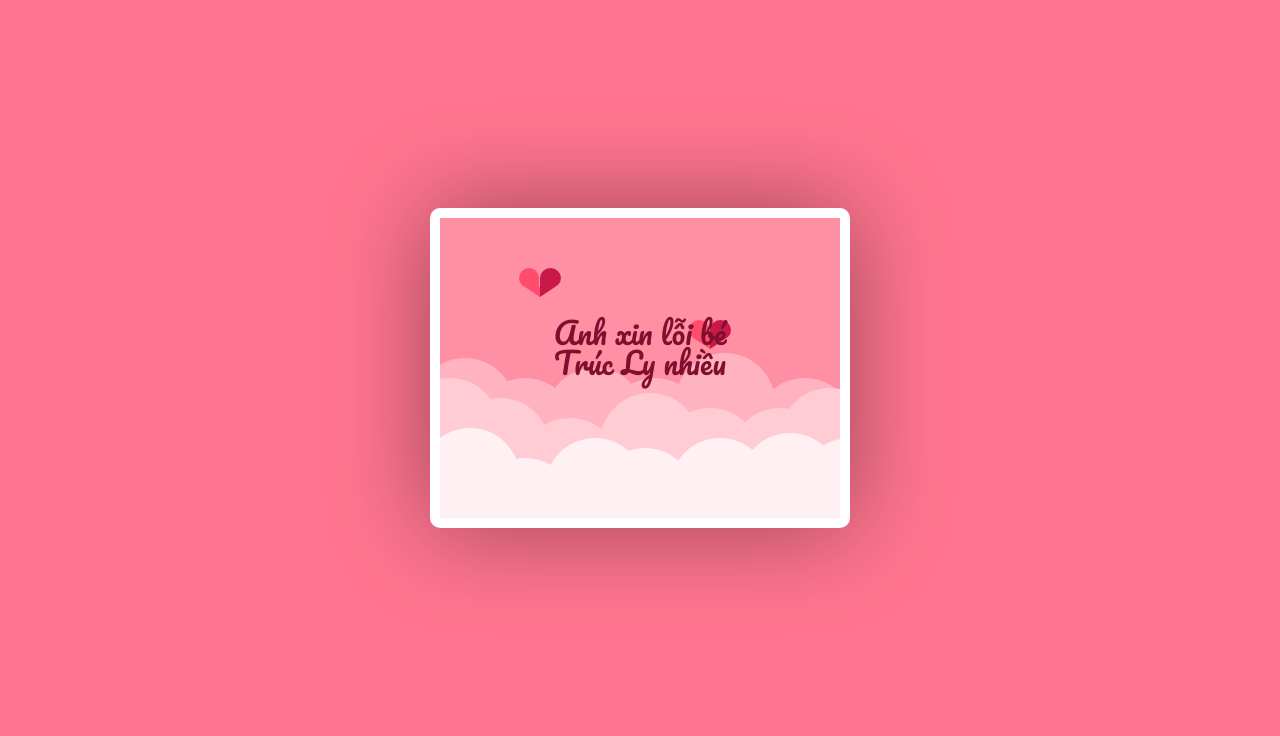
Repository: namtrung123456789/trannamtrung
Page: style.html
These files come from the project's save history. The page is drawn as it stood at one moment and after the next save; the edit follows.
The browser window is 1280 px wide. The pictures show the whole page.

Above is the page before, as saved 2024-07-28 20:20:09.

### style.html
<!DOCTYPE html>
<html lang="en">
<head>
    <meta charset="UTF-8">
    <meta name="viewport" content="width=device-width, initial-scale=1.0">
    <link rel="stylesheet" href="main.css">
    <title>Anh xin lỗi bé</title>
</head>
<body>
    <div class="happy-valentines">
        <div class="valentines-day-card">
          <div class="clouds"></div>
          <div class="hearts">
            <div class="heartOne">
              <div class="left-side"></div>
              <div class="right-side"></div>
            </div>
            <div class="heartTwo">
              <div class="left-side"></div>
              <div class="right-side"></div>
            </div>
                <div class="heartThree">
              <div class="left-side"></div>
              <div class="right-side"></div>
            </div>
             <div class="heartFour">
              <div class="left-side"></div>
              <div class="right-side"></div>
            </div>
             <div class="heartFive">
             <div class="left-side"></div>
              <div class="right-side"></div>
            </div>
          </div>
          <div class="text"><span>Anh xin lỗi bé</br> Trúc Ly nhiều</div>
        </div>

        </div>
</body>
</html>

### main.css
@import url('https://fonts.googleapis.com/css2?family=Pacifico&display=swap');

body {
  height: 100vh;
  display: flex;
  align-items: center;
  justify-content: center;
  background-color: #ff758f;
}

.valentines-day-card {
  position: relative;
  width: 400px;
  height: 300px;
  background-color: #ff8fa3;
  overflow: hidden;
  border:10px solid white;
  border-radius:10px;
  box-shadow: 0 0 100px rgba(0,0,0,.4);
}

.valentines-day-card:before {
  content:"";
  position: absolute;
  background-color: #ffb3c1;
  width:100px;
  height:100px;
  border-radius:50%;
  top:140px;
  left:-25px;
  box-shadow:60px 20px #ffb3c1,130px 10px #ffb3c1, 190px 20px #ffb3c1,260px -5px #ffb3c1, 340px 20px #ffb3c1;
}

.valentines-day-card:after {
  content:"";
  position: absolute;
  background-color: #ffccd5;
  width:100px;
  height:100px;
  border-radius:50%;
  top:160px;
  left:-40px;
  box-shadow: 50px 20px #ffccd5,120px 40px #ffccd5, 200px 15px #ffccd5,260px 30px #ffccd5, 330px 30px #ffccd5,380px 10px #ffccd5;
}

.clouds {
  position: absolute;
  width:100px;
  height:100px;
  border-radius:50%;
  background-color: #fff0f3;
  z-index:5;
  top:210px;
  left:-20px;
  box-shadow: 55px 30px #fff0f3, 125px 10px #fff0f3,175px 20px #fff0f3, 250px 10px #fff0f3, 320px 5px #fff0f3, 380px 10px #fff0f3;
}

.hearts {
  position: absolute;
  z-index:2;
}

.heartOne {
  position: absolute;
  left:100px;
  top:250px;
  animation: up 4s linear forwards 1s;
}

.heartTwo {
  position: absolute;
  left:270px;
  top:230px;
  animation: up 5s linear forwards 1.8s;
}

.heartThree {
  position: absolute;
  left:85px;
  top:415px;
  animation: up 5s linear forwards 3s;
}

.heartFour {
  position: absolute;
  left:320px;
  top:380px;
  animation: upTwo 9s linear infinite 3.5s;
}

.heartFive {
  position: absolute;
  left:150px;
  top:400px;
  animation: upTwo 13s linear infinite 4.5s;
}

.right-side:before, .right-side:after {
  position: absolute;
  content:"";
  transform-origin: left;
  animation: move 1s ease infinite;
}

.right-side:before {
  border-radius:50% 50% 50% 0;
  width:21px;
  height:20px;
  background-color: #c9184a;
  left:-0.26px;
}

.right-side:after {
  height:0;
  width:0;
  border-bottom:10px solid transparent;
  border-left: 15px solid #c9184a;
  top:19px;
  left:-0.26px;
}

@keyframes move {
  0%, 100% {transform: rotateY(0);}
  50% {transform: rotateY(-45deg);}
}

.left-side:before, .left-side:after {
  position: absolute;
  content:"";
  transform-origin: right;
  animation: move 1s ease infinite;
}

.left-side:before {
  border-radius:50% 50% 0 50%;
  width:20px;
  height:20px;
  left:-20.7px;
  background-color: #ff4d6d;
}

.left-side:after {
  height:0;
  width:0;
  left:-15px;
  border-bottom:10px solid transparent;
  border-right: 15px solid #ff4d6d;
  top:19px;
}

@keyframes up {
  0% {transform: translateY(0);}
  100% {transform: translateY(-200px);}
}

@keyframes upTwo {
  0% {transform: translateY(0);}
  100% {transform: translateY(-450px);}
}

.text {
  position: absolute;
  color: #800f2f;
  font-size:30px;
  font-family: 'Pacifico', cursive;
  line-height:1;
  text-align: center;
  width:380px;
  left:10px;
  z-index:3;
  top:300px;
  animation: up 1s ease forwards;
  transition: .2s;
}

.hover {
  color: white;
  font-family: 'Pacifico', cursive;
  text-align: center;
}

.text:hover span {
  display: none;
}

.text:hover:before {
  content:"Anh nhớ và lo cho bé lắm rồi anh mong bé cho anh được nhắn tin với bé. aaaaaaaaaaaaaaaaaaaaaaaaaaaaaaaaaaaa";
  font-size:25px;

}

After the next save:
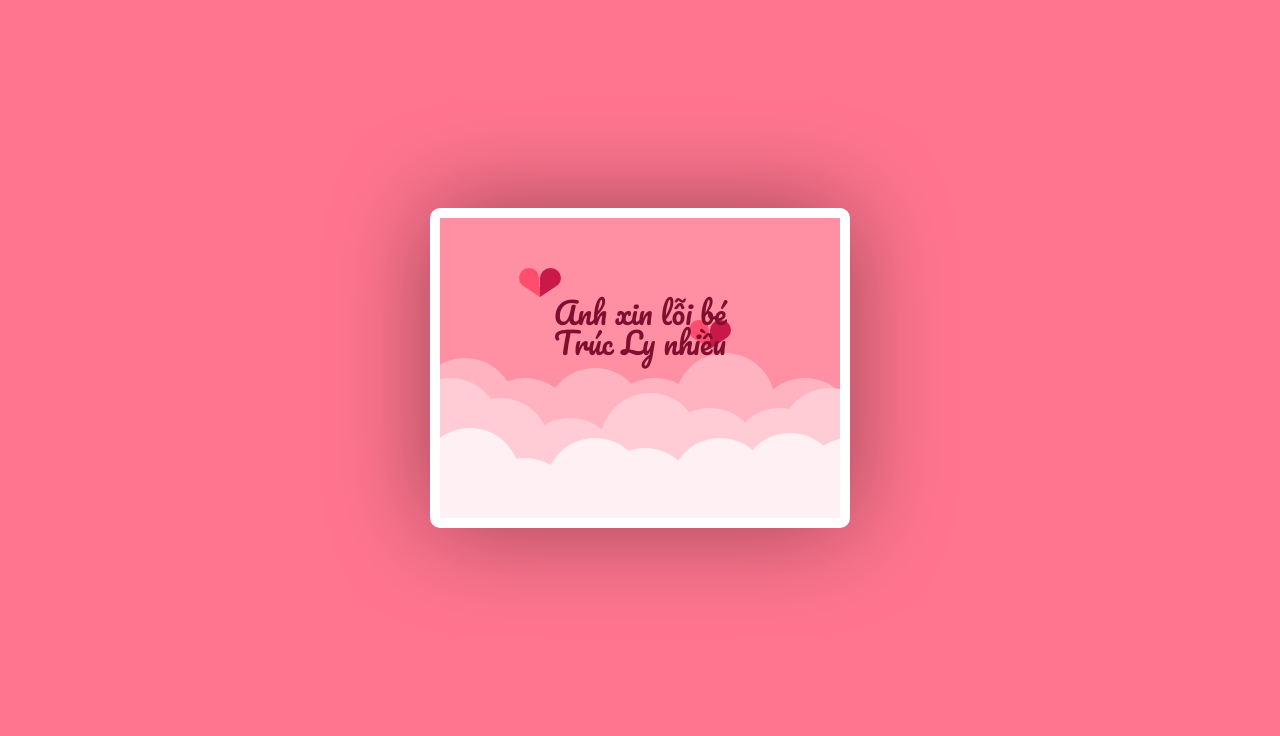
Saved 19 s later.
--- a/main.css
+++ b/main.css
@@ -168,7 +168,7 @@ body {
   width:380px;
   left:10px;
   z-index:3;
-  top:300px;
+  top:280px;
   animation: up 1s ease forwards;
   transition: .2s;
 }
